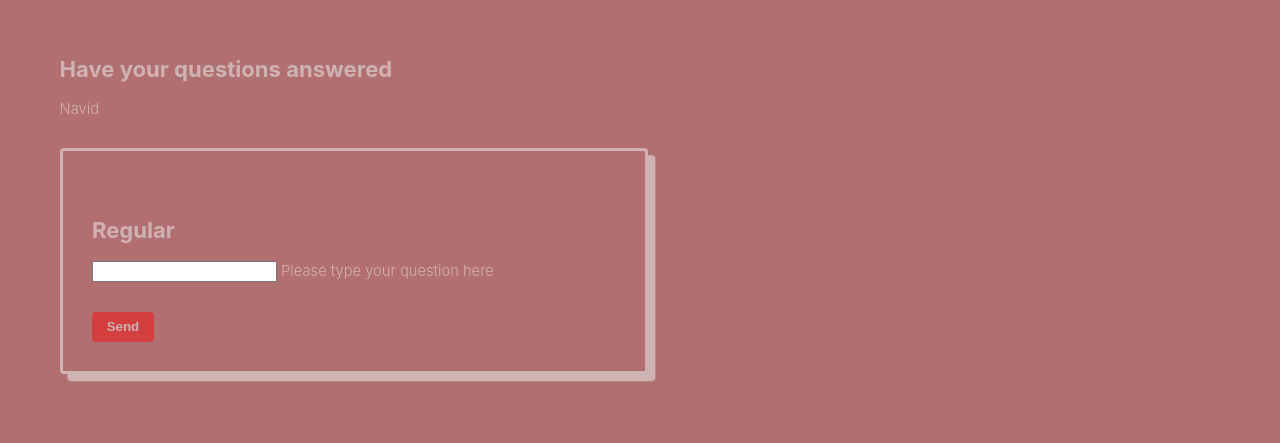
Repository: navid-amini12/capstone-1
Page: quiz.html
An editor plug-in stored every save of this project. The page is shown before and after a run of saves, followed by the edit.
The browser window is 1280 px wide. The pictures show the whole page.
Some web fonts or font styles are not loaded; a fallback is used.

Above is the page before, as saved 2022-05-17 12:32:57.

### quiz.html

<head>
    <link rel="stylesheet" href="quiz.css">
    </head>

<article class="l-design-widht">
    <h1>Have your questions answered</h1>

   <p>Navid</p>

    <div class="card">
      <h2><svg class="icon" aria-hidden="true">
        <h2>Regular</h2>
      <label class="input">
        <input class="input__field" type="text" placeholder=" " />
        <span class="input__label">Please type your question here</span>
      </label>
      <div class="button-group">
        <button>Send</button>

      </div>
    </div>



  <svg xmlns="http://www.w3.org/2000/svg" class="hidden">
    <symbol id="icon-coffee" viewBox="0 0 20 20">
      <title>icon-coffee</title>
      <path fill="currentColor" d="M15,17H14V9h3a3,3,0,0,1,3,3h0A5,5,0,0,1,15,17Zm1-6v3.83A3,3,0,0,0,18,12a1,1,0,0,0-1-1Z"/>
      <rect fill="currentColor" x="1" y="7" width="15" height="12" rx="3" ry="3"/>
      <path fill="var(--color-accent)" d="M7.07,5.42a5.45,5.45,0,0,1,0-4.85,1,1,0,0,1,1.79.89,3.44,3.44,0,0,0,0,3.06,1,1,0,0,1-1.79.89Z"/>
      <path fill="var(--color-accent)" d="M3.07,5.42a5.45,5.45,0,0,1,0-4.85,1,1,0,0,1,1.79.89,3.44,3.44,0,0,0,0,3.06,1,1,0,1,1-1.79.89Z"/>
      <path fill="var(--color-accent)" d="M11.07,5.42a5.45,5.45,0,0,1,0-4.85,1,1,0,0,1,1.79.89,3.44,3.44,0,0,0,0,3.06,1,1,0,1,1-1.79.89Z"/>
    </symbol>
  </svg>

### quiz.css
@import url('https://rsms.me/inter/inter.css');

:root {
  --color-light: rgb(176, 112, 112);
  --color-dark: #d1b2b2;
  --color-signal: #d43e3e;

  --color-background: var(--color-light);
  --color-text: var(--color-dark);
  --color-accent: var(--color-signal);

  --size-bezel: .5rem;
  --size-radius: 4px;



  font-family: 'Inter', sans-serif;
  font-size: calc(.6rem + .4vw);
  color: var(--color-text);
  background: var(--color-background);
  font-weight: 300;
  padding: 0 calc(var(--size-bezel) * 3);
}





.card {
  background: var(--color-background);
  padding: calc(4 * var(--size-bezel));
  margin-top: calc(4 * var(--size-bezel));
  border-radius: var(--size-radius);
  border: 3px solid var(--color-shadow, currentColor);
  box-shadow: .5rem .5rem 0 var(--color-shadow, currentColor);




}


.l-design-widht {
  max-width: 40rem;
  padding: 2rem;
}

.input {
  position: relative;








}


.button-group {
  margin-top: 30px
}
button {
  color: currentColor;
  padding: var(--size-bezel) calc(var(--size-bezel) * 2);
  background: var(--color-accent);
  border: none;
  border-radius: var(--size-radius);
  font-weight: 900;
}


.icon {
  display: inline-block;
  height: 0em;
  margin-right: .5em;
}

After the next 2 saves:
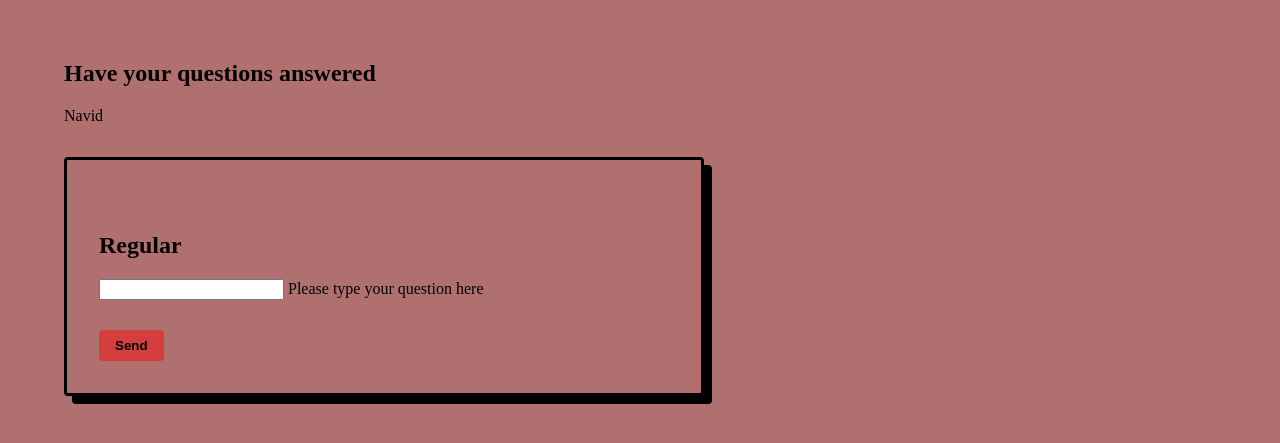
The 2 saves are shown as one change because they came seconds apart.
The last was saved 7 s later.
--- a/quiz.css
+++ b/quiz.css
@@ -14,9 +14,6 @@
 
 
 
-  font-family: 'Inter', sans-serif;
-  font-size: calc(.6rem + .4vw);
-  color: var(--color-text);
   background: var(--color-background);
   font-weight: 300;
   padding: 0 calc(var(--size-bezel) * 3);
